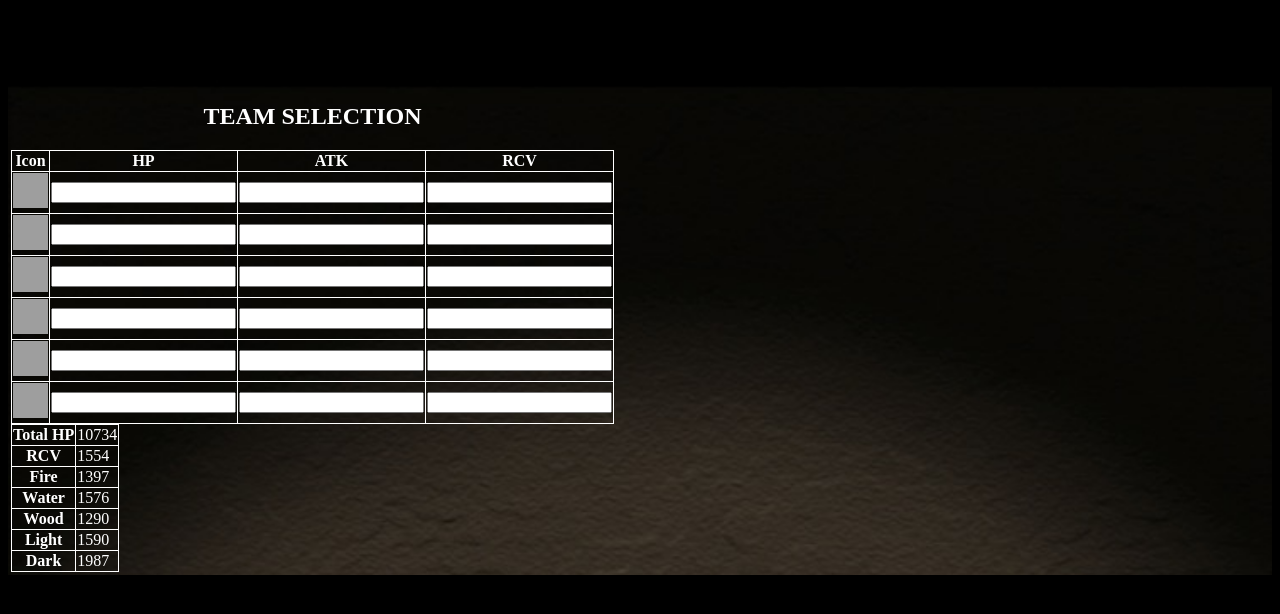
Repository: fangelod/pad-optimizer
Page: client/index.html
The author's editor kept a record of every edit. The page is drawn from the files as they stood at one moment, then again after the next edit.
The browser window is 1280 px wide. The pictures show the whole page.
Pictures or frames that could not be fetched are drawn as grey boxes.

Above is the page before.
Console error: TypeError: Cannot read properties of null (reading 'getContext')

### client/index.html
<!DOCTYPE html>
<html>
    <head>
        <title>PAD Optimizer</title>
        <link rel="stylesheet" href="/css/main.css">
        <script src="/js/jquery.min.js"></script>
        <script src="/js/main.js"></script>
    </head>
    <body>
        <div class="header">
            <div class="title">
                <h1>Puzzle & Dragons Optimizer</h1>
            </div>
            <div class="navbar"></div>
        </div>
        <div class="body">
            <table class="containerlayout">
                <tr>
                    <td class="left">
                        <div>
                            <h2>TEAM SELECTION</h2>
                            <table>
                                <tr>
                                    <th>Icon</th>
                                    <th>HP</th>
                                    <th>ATK</th>
                                    <th>RCV</th>
                                </tr>
                                <tr>
                                    <td><img src="/img/Monsters/2271.png"></td>
                                    <td><input type="number"></td>
                                    <td><input type="number"></td>
                                    <td><input type="number"></td>
                                </tr>
                                <tr>
                                    <td><img src="/img/Monsters/2497.png"></td>
                                    <td><input type="number"></td>
                                    <td><input type="number"></td>
                                    <td><input type="number"></td>
                                </tr>
                                <tr>
                                    <td><img src="/img/Monsters/2494.png"></td>
                                    <td><input type="number"></td>
                                    <td><input type="number"></td>
                                    <td><input type="number"></td>
                                </tr>
                                <tr>
                                    <td><img src="/img/Monsters/2185.png"></td>
                                    <td><input type="number"></td>
                                    <td><input type="number"></td>
                                    <td><input type="number"></td>
                                </tr>
                                <tr>
                                    <td><img src="/img/Monsters/2818.png"></td>
                                    <td><input type="number"></td>
                                    <td><input type="number"></td>
                                    <td><input type="number"></td>
                                </tr>
                                <tr>
                                    <td><img src="/img/Monsters/2271.png"></td>
                                    <td><input type="number"></td>
                                    <td><input type="number"></td>
                                    <td><input type="number"></td>
                                </tr>
                            </table>
                            <table>
                                <tr>
                                    <th>Total HP</th>
                                    <td>10734</td>
                                </tr>
                                <tr>
                                    <th>RCV</th>
                                    <td>1554</td>
                                </tr>
                                <tr>
                                    <th>Fire</th>
                                    <td>1397</td>
                                </tr>
                                <tr>
                                    <th>Water</th>
                                    <td>1576</td>
                                </tr>
                                <tr>
                                    <th>Wood</th>
                                    <td>1290</td>
                                </tr>
                                <tr>
                                    <th>Light</th>
                                    <td>1590</td>
                                </tr>
                                <tr>
                                    <th>Dark</th>
                                    <td>1987</td>
                                </tr>
                            </table>
                        </div>
                    </td>
                    <td class="middle">
                        <canvas class="PADboard"></canvas>
                        <!--<div class="board">
                            <table>
                                <tr>
                                    <td class="even"></td>
                                    <td class="odd"></td>
                                    <td class="even"></td>
                                    <td class="odd"></td>
                                    <td class="even"></td>
                                    <td class="odd"></td>
                                </tr>
                                <tr>
                                    <td class="odd"></td>
                                    <td class="even"></td>
                                    <td class="odd"></td>
                                    <td class="even"></td>
                                    <td class="odd"></td>
                                    <td class="even"></td>
                                </tr>
                                <tr>
                                    <td class="even"></td>
                                    <td class="odd"></td>
                                    <td class="even"></td>
                                    <td class="odd"></td>
                                    <td class="even"></td>
                                    <td class="odd"></td>
                                </tr>
                                <tr>
                                    <td class="odd"></td>
                                    <td class="even"></td>
                                    <td class="odd"></td>
                                    <td class="even"></td>
                                    <td class="odd"></td>
                                    <td class="even"></td>
                                </tr>
                                <tr>
                                    <td class="even"></td>
                                    <td class="odd"></td>
                                    <td class="even"></td>
                                    <td class="odd"></td>
                                    <td class="even"></td>
                                    <td class="odd"></td>
                                </tr>
                            </table>
                        </div>
                    </td>
                    <td class="right">
                        <div class="orbSelector">
                            <table>
                                <tr>
                                    <td><p>a</p></td>
                                    <td><p>s</p></td>
                                    <td><p>d</p></td>
                                    <td><p>f</p></td>
                                    <td><p>g</p></td>
                                    <td><p>h</p></td>
                                </tr>
                                <tr>
                                    <td class="frChoose"></td>
                                    <td class="wtChoose"></td>
                                    <td class="wdChoose"></td>
                                    <td class="ltChoose"></td>
                                    <td class="dkChoose"></td>
                                    <td class="hChoose"></td>
                                </tr>
                            </table>
                            <form>
                                <label><input class="echeck" type="checkbox" name="enhanced">Enhanced (e)</label>
                            </form>
                        </div>
                        <div class="results">
                            <h2>RESULTS</h2>
                        </div>
                    </td>
                </tr>
            </table>
        </div>
        <div class="allMonsters"></div>
    </body>
</html>

### client/css/main.css
.body {
    width: 100%;
    background: url("/img/backdrop.jpeg") no-repeat;
    background-size: 100%;
}
.middle table {
    border: solid 1pt black;
    border-collapse: collapse;
}
.middle td {
    border: solid 1pt black;
    border-collapse: collapse;
}
.odd {
    background-image: url("/img/Background2.png");
}
.even {
    background-image: url("/img/Background1.png");
}
.left {
    vertical-align: top;
    color: white;
}
.left table, .left th, .left td {
    border: 1pt solid white;
    border-collapse: collapse;
}
.left img {
    height: 35px;
    width: 35px;
}
.left td {
    vertical-align: middle;
}
.odd:hover, .even:hover {
    cursor: default;
}
html {
    background: black;
}
.right {
    vertical-align: top;
}
.frChoose {
    background: url("/img/frOrb.png") no-repeat center;
}
.wtChoose {
    background: url("/img/wtOrb.png") no-repeat center;
}
.wdChoose {
    background: url("/img/wdOrb.png") no-repeat center;
}
.ltChoose {
    background: url("/img/ltOrb.png") no-repeat center;
}
.dkChoose {
    background: url("/img/dkOrb.png") no-repeat center;
}
.hChoose {
    background: url("/img/hOrb.png") no-repeat center;
}
.frChoose, .wtChoose, .wdChoose, .ltChoose, .dkChoose, .hChoose {
    background-size: contain;
    padding: 0;
}
.orbSelector p {
    text-align: center;
    vertical-align: bottom;
    margin: 0;
    font-size: 1.5em;
    background: gray;
}
.orbSelector form {
    display: table;
    margin-left: auto;
    margin-right: auto;
    font-size: 1.5em;
    background: gray;
    width: 100%;
}
.orbSelector input {
    height: 50%;
}
h2 {
    text-align: center;
}
h1 {
    text-align: center;
}

.allMonsters {
    background: white;
}

### client/js/main.js
var cv;
var orbSelected = '.frChoose';
var board;
var Fire, Water, Wood, Light, Dark, Heal;
var EFire, EWater, EWood, ELight, EDark, EHeal;
var isMouseDown = false;

$(document).ready(function () {
    cv = document.getElementById("PADboard").getContext("2d");
    resizeEverything();
    addButtonHandlers();
    initBoard();
    initOrbs();

    $('#PADboard').on('click', function(e) {
        var x = e.offsetX;
        var y = e.offsetY;
        var w = $('#PADboard').width();
        var h = $('#PADboard').height();
        var gw = w/6;
        var gh = h/5;
        var column = "";
        var row = "";
        var bw = document.getElementById("PADboard").width/6;
        var bh = document.getElementById("PADboard").height/5;

        if ($('.echeck').is(":checked")) {
            switch (orbSelected) {
                case '.frChoose':
                    board[Math.floor(y/gh)][Math.floor(x/gw)] = "fr+";
                    cv.drawImage(EFire, Math.floor(x/gw)*bw, Math.floor(y/gh)*bh, bw, bh);
                    break;
                case '.wtChoose':
                    board[Math.floor(y/gh)][Math.floor(x/gw)] = "wt+";
                    cv.drawImage(Water, Math.floor(x/gw)*bw, Math.floor(y/gh)*bh, bw, bh);
                    break;
                case '.wdChoose':
                    board[Math.floor(y/gh)][Math.floor(x/gw)] = "wd+";
                    cv.drawImage(Wood, Math.floor(x/gw)*bw, Math.floor(y/gh)*bh, bw, bh);
                    break;
                case '.ltChoose':
                    board[Math.floor(y/gh)][Math.floor(x/gw)] = "lt+";
                    cv.drawImage(ELight, Math.floor(x/gw)*bw, Math.floor(y/gh)*bh, bw, bh);
                    break;
                case '.dkChoose':
                    board[Math.floor(y/gh)][Math.floor(x/gw)] = "dk+";
                    cv.drawImage(EDark, Math.floor(x/gw)*bw, Math.floor(y/gh)*bh, bw, bh);
                    break;
                case '.hChoose':
                    board[Math.floor(y/gh)][Math.floor(x/gw)] = "h+";
                    cv.drawImage(EHeal, Math.floor(x/gw)*bw, Math.floor(y/gh)*bh, bw, bh);
                    break;
            }
        } else {
            switch (orbSelected) {
                case '.frChoose':
                    board[Math.floor(y/gh)][Math.floor(x/gw)] = "fr";
                    cv.drawImage(Fire, Math.floor(x/gw)*bw, Math.floor(y/gh)*bh, bw, bh);
                    break;
                case '.wtChoose':
                    board[Math.floor(y/gh)][Math.floor(x/gw)] = "wt";
                    cv.drawImage(Water, Math.floor(x/gw)*bw, Math.floor(y/gh)*bh, bw, bh);
                    break;
                case '.wdChoose':
                    board[Math.floor(y/gh)][Math.floor(x/gw)] = "wd";
                    cv.drawImage(Wood, Math.floor(x/gw)*bw, Math.floor(y/gh)*bh, bw, bh);
                    break;
                case '.ltChoose':
                    board[Math.floor(y/gh)][Math.floor(x/gw)] = "lt";
                    cv.drawImage(Light, Math.floor(x/gw)*bw, Math.floor(y/gh)*bh, bw, bh);
                    break;
                case '.dkChoose':
                    board[Math.floor(y/gh)][Math.floor(x/gw)] = "dk";
                    cv.drawImage(Dark, Math.floor(x/gw)*bw, Math.floor(y/gh)*bh, bw, bh);
                    break;
                case '.hChoose':
                    board[Math.floor(y/gh)][Math.floor(x/gw)] = "h";
                    cv.drawImage(Heal, Math.floor(x/gw)*bw, Math.floor(y/gh)*bh, bw, bh);
                    break;
            }
        }
    });
    $('#PADboard').on('mousedown', function(e) {
        isMouseDown = true;
    });
    $(document).
    $('#PADboard').on('mousemove', function(e) {
        if (isMouseDown) {
            console.log(e);
        }
    });
});


$(window).resize(function() {
    resizeEverything();
});


// Helper functions
var resizeEverything = function() {
    var w = $(window).width();
    var lw = w * .25;
    var mw = w * .49;
    var rw = w * .25;

    $('.left').width(lw);
    $('.right').width(rw);
    $('.middle').width(mw);

    $('#PADboard').width(mw);
    $('#PADboard').height(mw*(5/6));
    //$('.middle table').width(mw);
    //$('.middle table').height(mw*(5/6));

    $('.frChoose').width(rw/6);
    $('.frChoose').height(rw/6);

    $('.wtChoose').width(rw/6);
    $('.wtChoose').height(rw/6);

    $('.wdChoose').width(rw/6);
    $('.wdChoose').height(rw/6);

    $('.ltChoose').width(rw/6);
    $('.ltChoose').height(rw/6);

    $('.dkChoose').width(rw/6);
    $('.dkChoose').height(rw/6);

    $('.hChoose').width(rw/6);
    $('.hChoose').height(rw/6);

    drawStartBoard();
};
var addButtonHandlers = function() {
    $('.frChoose').css('border', '2pt solid white');

    var resetButtons = function() {
        $(orbSelected).css('border', "initial");
    };

    $('.frChoose').on('click', function (e) {
        resetButtons();
        $('.frChoose').css('border', '2pt solid white');
        orbSelected = '.frChoose';
    });

    $('.wtChoose').on('click', function (e) {
        resetButtons();
        $('.wtChoose').css('border', '2pt solid white');
        orbSelected = '.wtChoose';
    });

    $('.wdChoose').on('click', function (e) {
        resetButtons();
        $('.wdChoose').css('border', '2pt solid white');
        orbSelected = '.wdChoose';
    });

    $('.ltChoose').on('click', function (e) {
        resetButtons();
        $('.ltChoose').css('border', '2pt solid white');
        orbSelected = '.ltChoose';
    });

    $('.dkChoose').on('click', function (e) {
        resetButtons();
        $('.dkChoose').css('border', '2pt solid white');
        orbSelected = '.dkChoose';
    });

    $('.hChoose').on('click', function (e) {
        resetButtons();
        $('.hChoose').css('border', '2pt solid white');
        orbSelected = '.hChoose';
    });

    $('.echeck').on('click', function(e) {
        if ($('.echeck').is(":checked")) {
            $('.frChoose').css('background', 'url("/img/frOrb+.png") no-repeat center');
            $('.wtChoose').css('background', 'url("/img/wtOrb.png") no-repeat center');
            $('.wdChoose').css('background', 'url("/img/wdOrb.png") no-repeat center');
            $('.ltChoose').css('background', 'url("/img/ltOrb+.png") no-repeat center');
            $('.dkChoose').css('background', 'url("/img/dkOrb+.png") no-repeat center');
            $('.hChoose').css('background', 'url("/img/hOrb+.png") no-repeat center');
        } else {
            $('.frChoose').css('background', 'url("/img/frOrb.png") no-repeat center');
            $('.wtChoose').css('background', 'url("/img/wtOrb.png") no-repeat center');
            $('.wdChoose').css('background', 'url("/img/wdOrb.png") no-repeat center');
            $('.ltChoose').css('background', 'url("/img/ltOrb.png") no-repeat center');
            $('.dkChoose').css('background', 'url("/img/dkOrb.png") no-repeat center');
            $('.hChoose').css('background', 'url("/img/hOrb.png") no-repeat center');
        }
        $('.frChoose').css('background-size', 'contain');
        $('.wtChoose').css('background-size', 'contain');
        $('.wdChoose').css('background-size', 'contain');
        $('.ltChoose').css('background-size', 'contain');
        $('.dkChoose').css('background-size', 'contain');
        $('.hChoose').css('background-size', 'contain');
    });

    $('html').on('keydown', function(e) {
        switch (e.keyCode) {
            case 65:
                resetButtons();
                $('.frChoose').css('border', '2pt solid white');
                orbSelected = '.frChoose';
                break;
            case 83:
                resetButtons();
                $('.wtChoose').css('border', '2pt solid white');
                orbSelected = '.wtChoose';
                break;
            case 68:
                resetButtons();
                $('.wdChoose').css('border', '2pt solid white');
                orbSelected = '.wdChoose';
                break;
            case 70:
                resetButtons();
                $('.ltChoose').css('border', '2pt solid white');
                orbSelected = '.ltChoose';
                break;
            case 71:
                resetButtons();
                $('.dkChoose').css('border', '2pt solid white');
                orbSelected = '.dkChoose';
                break;
            case 72:
                resetButtons();
                $('.hChoose').css('border', '2pt solid white');
                orbSelected = '.hChoose';
                break;
            case 69:
                if ($('.echeck').is(":checked")) {
                    $('.echeck').prop('checked', false);
                    $('.frChoose').css('background', 'url("/img/frOrb.png") no-repeat center');
                    $('.wtChoose').css('background', 'url("/img/wtOrb.png") no-repeat center');
                    $('.wdChoose').css('background', 'url("/img/wdOrb.png") no-repeat center');
                    $('.ltChoose').css('background', 'url("/img/ltOrb.png") no-repeat center');
                    $('.dkChoose').css('background', 'url("/img/dkOrb.png") no-repeat center');
                    $('.hChoose').css('background', 'url("/img/hOrb.png") no-repeat center');
                } else {
                    $('.echeck').prop('checked', true);
                    $('.frChoose').css('background', 'url("/img/frOrb+.png") no-repeat center');
                    $('.wtChoose').css('background', 'url("/img/wtOrb.png") no-repeat center');
                    $('.wdChoose').css('background', 'url("/img/wdOrb.png") no-repeat center');
                    $('.ltChoose').css('background', 'url("/img/ltOrb+.png") no-repeat center');
                    $('.dkChoose').css('background', 'url("/img/dkOrb+.png") no-repeat center');
                    $('.hChoose').css('background', 'url("/img/hOrb+.png") no-repeat center');
                }
                $('.frChoose').css('background-size', 'contain');
                $('.wtChoose').css('background-size', 'contain');
                $('.wdChoose').css('background-size', 'contain');
                $('.ltChoose').css('background-size', 'contain');
                $('.dkChoose').css('background-size', 'contain');
                $('.hChoose').css('background-size', 'contain');
                break;
        }
    });
};
var drawStartBoard = function() {
    var w = document.getElementById("PADboard").width;
    var h = document.getElementById("PADboard").height;
    cv.clearRect(0, 0, w, h);

    var img = document.createElement('img');
    img.src = "/img/Background1.png";
    var img2 = document.createElement('img');
    img2.src = "/img/Background2.png";

    var gw = w/6;
    var gh = h/5;
    for (i = 0; i < 5; i++) {
        for (j = 0; j < 6; j++) {
            if (i % 2 == 0) {
                if (j % 2 == 0) {
                    cv.drawImage(img, (j * gw), (i * gh), gw, gh);
                } else {
                    cv.drawImage(img2, (j * gw), (i * gh), gw, gh);
                }
            } else {
                if (j % 2 == 0) {
                    cv.drawImage(img2, (j * gw), (i * gh), gw, gh);
                } else {
                    cv.drawImage(img, (j * gw), (i * gh), gw, gh);
                }
            }
        }
    }
};
var initBoard = function() {
    board = new Array(5);
    for (i = 0; i < 5; i++) {
        board[i] = new Array(6);
        for (j = 0; j < 6; j++) {
            board[i][j] = null;
        }
    }
}
var initOrbs = function() {
    Fire = document.createElement('img');
    Fire.src = "/img/frOrb.png";
    Water = document.createElement('img');
    Water.src = "/img/wtOrb.png";
    Wood = document.createElement('img');
    Wood.src = "/img/wdOrb.png";
    Light = document.createElement('img');
    Light.src = "/img/ltOrb.png";
    Dark = document.createElement('img');
    Dark.src = "/img/dkOrb.png";
    Heal = document.createElement('img');
    Heal.src = "/img/hOrb.png";
    EFire = document.createElement('img');
    EFire.src = "/img/frOrb+.png";
    // EWater = document.createElement('img');
    // EWater.src = "/img/wtOrb+.png";
    // EWood = document.createElement('img');
    // EWood.src = "/img/wdOrb+.png";
    ELight = document.createElement('img');
    ELight.src = "/img/ltOrb+.png";
    EDark = document.createElement('img');
    EDark.src = "/img/dkOrb+.png";
    EHeal = document.createElement('img');
    EHeal.src = "/img/hOrb+.png";
}

Loaded but not shown: client/js/jquery.min.js (library)

After the next edit:
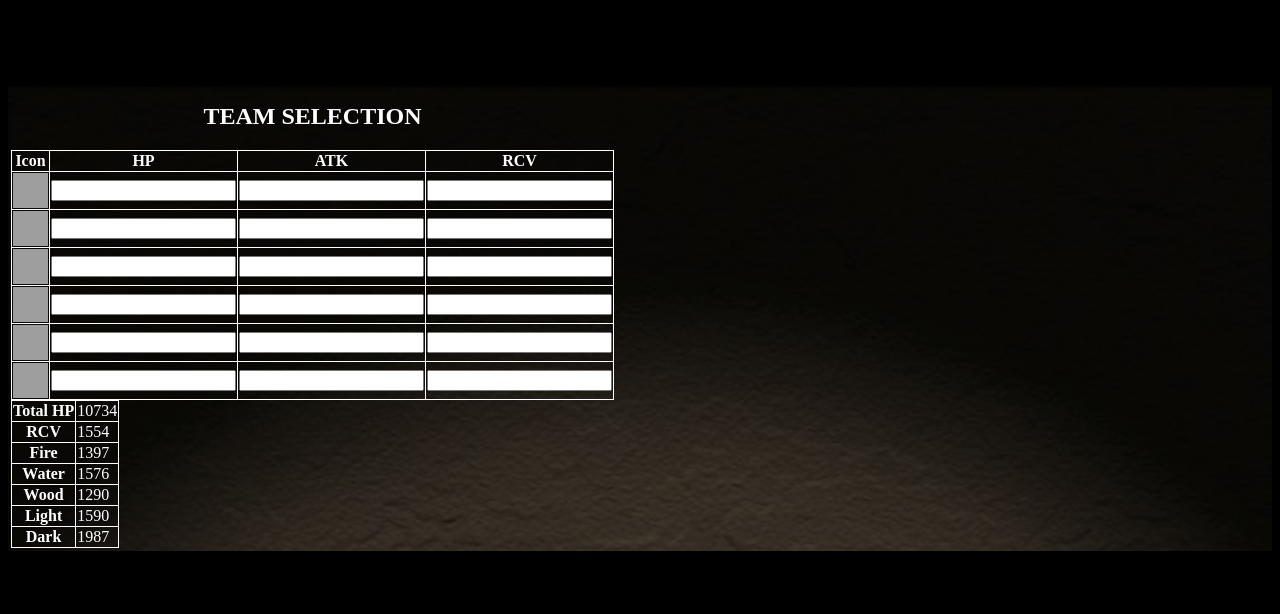
The edit:
--- a/client/css/main.css
+++ b/client/css/main.css
@@ -28,6 +28,7 @@
 .left img {
     height: 35px;
     width: 35px;
+    vertical-align: middle;
 }
 .left td {
     vertical-align: middle;
